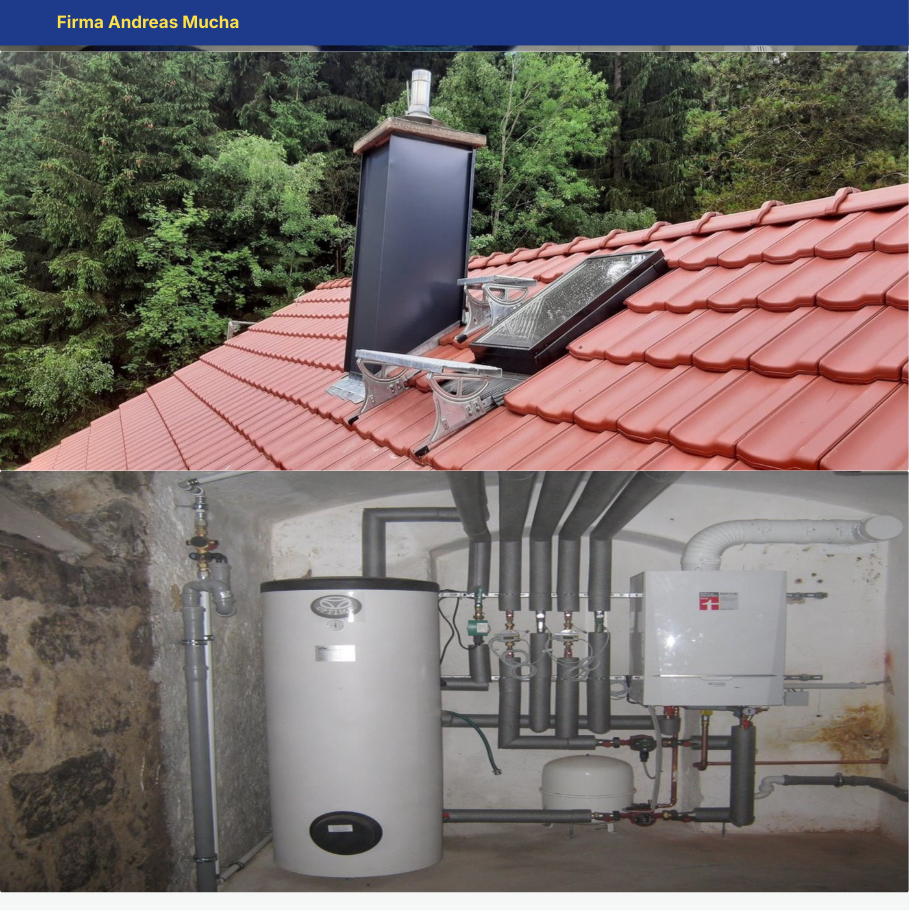
Repository: LorenMucha/firma-andreas-mucha
Page: /
An editor plug-in stored every save of this project. The page is shown before and after the next save, followed by the edit.
The browser window is 1280 px wide. The pictures show the whole page, at 71% of full size.
The project was rebuilt for these pictures with package versions that can differ from the ones it lists, and the page was loaded fresh each time. The framework's server and built-in components were replaced by stand-ins that run in the browser. Also part of the build but not shown: next.config.mjs.

Above is the page before, as saved 2024-04-15 17:02:10.

### src/app/layout.tsx
import type { Metadata } from "next";
import { Inter } from "next/font/google";
import "./globals.css";

const inter = Inter({ subsets: ["latin"] });

export const metadata: Metadata = {
  title: "Firma Andreas Mucha",
  description: "Generated by create next app",
};

export default function RootLayout({
  children,
}: Readonly<{
  children: React.ReactNode;
}>) {
  return (
    <html lang="de" suppressHydrationWarning={true}>
      <body className={inter.className}>{children}</body>
    </html>
  );
}

### src/app/page.tsx
"use client";
import Intro from "./components/Intro";
import Navbar from "./components/Navbar";

export default function Home() {
  return (
    <main className="flex min-h-screen flex-col items-center justify-between">
      <Navbar />
      <Intro />
    </main>)
}

### src/app/globals.css
@tailwind base;
@tailwind components;
@tailwind utilities;

@import '@coreui/coreui/dist/css/coreui.min.css';

:root {
  --foreground-rgb: 0, 0, 0;
  --background-start-rgb: 214, 219, 220;
  --background-end-rgb: 255, 255, 255;
}

@media (prefers-color-scheme: dark) {
  :root {
    --foreground-rgb: 255, 255, 255;
    --background-start-rgb: 0, 0, 0;
    --background-end-rgb: 0, 0, 0;
  }
}

body {
  color: rgb(var(--foreground-rgb));
  background: linear-gradient(to bottom,
      transparent,
      rgb(var(--background-end-rgb))) rgb(var(--background-start-rgb));
}

@layer utilities {
  .text-balance {
    text-wrap: balance;
  }
}

### src/app/components/Intro.tsx
import { CCarousel, CCarouselItem, CImage } from "@coreui/react"

const Leistungen = [
    { image: "/images/bad.jpg", title: "Bad" },
    { image: "/images/dach.jpg", title: "Dach" },
    { image: "/images/heizung.JPG", title: "Heizung" }
]

const Intro = (): React.JSX.Element =>
    <div className="w-screen h-screen flex flex-col justify-center items-center bg-white pt-10">
        <CCarousel controls indicators>
            {Leistungen.map((leistung, index) => (
                <CCarouselItem key={index}>
                    <CImage align="center" className="object-cover" fluid rounded src={leistung.image} alt="slide 1" />
                </CCarouselItem>
            ))}
        </CCarousel>
    </div>

export default Intro

### src/app/components/Navbar.tsx
const Navbar = (): React.JSX.Element =>
    <nav className="shadow-lg fixed w-screen top-0 z-10 px-3 bg-blue-900">
        <div className="max-w-6xl mx-auto">
            <div className="flex justify-between">
                <div className="inline-flex justify-center md:p-4 mb-1 mt-1 md:mt-0 md:mb-0">
                    <span className="font-bold text-2xl text-yellow-300">Firma Andreas Mucha</span>
                </div>
            </div>
        </div>
    </nav>

export default Navbar

Loaded but not shown: tailwind.config.ts (common file)

After the next save:
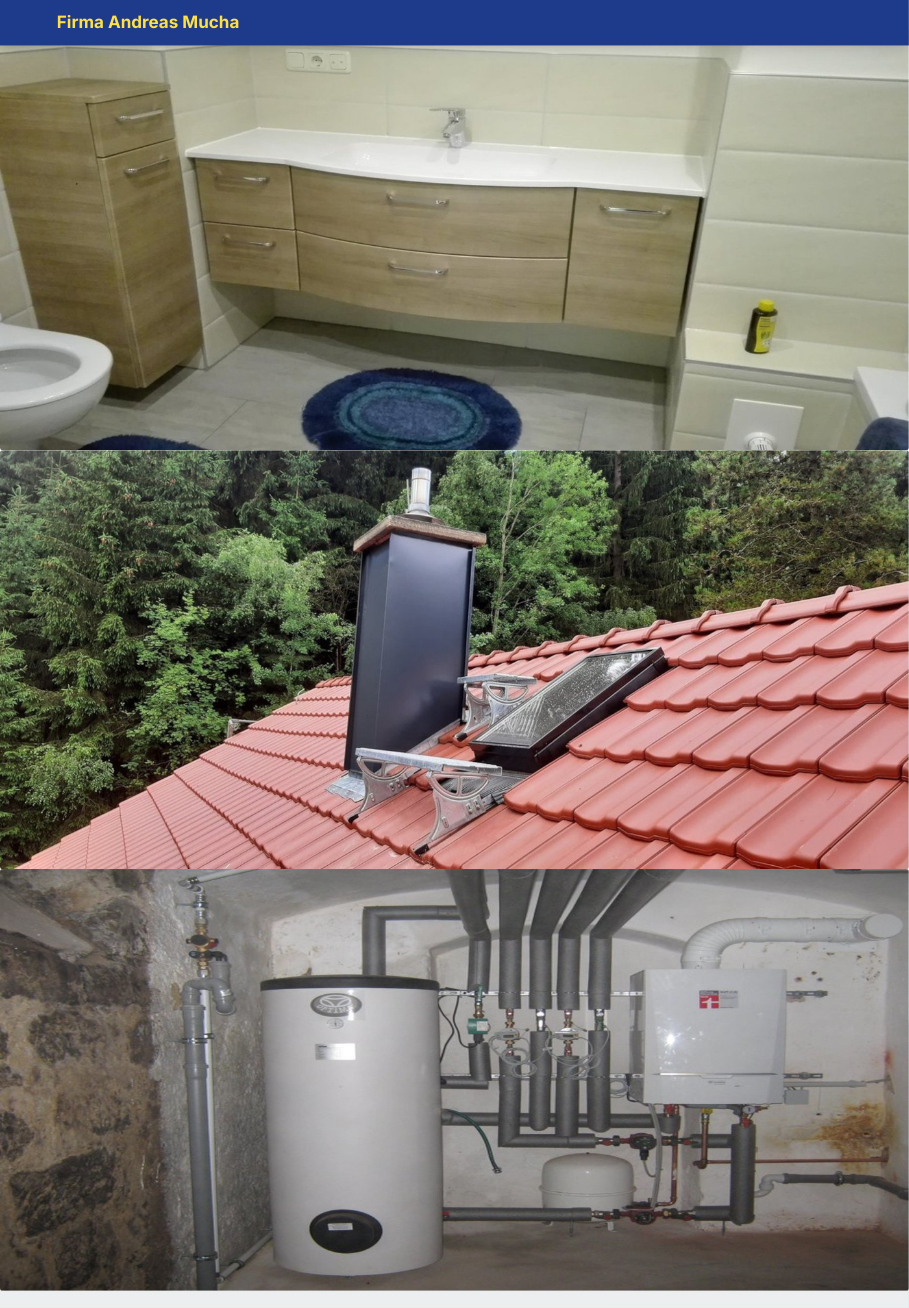
Saved 26 s later.
--- a/src/app/components/Intro.tsx
+++ b/src/app/components/Intro.tsx
@@ -7,7 +7,7 @@
 ]
 
 const Intro = (): React.JSX.Element =>
-    <div className="w-screen h-screen flex flex-col justify-center items-center bg-white pt-10">
+    <div className="w-screen h-screen bg-white pt-10">
         <CCarousel controls indicators>
             {Leistungen.map((leistung, index) => (
                 <CCarouselItem key={index}>

After the save that followed:
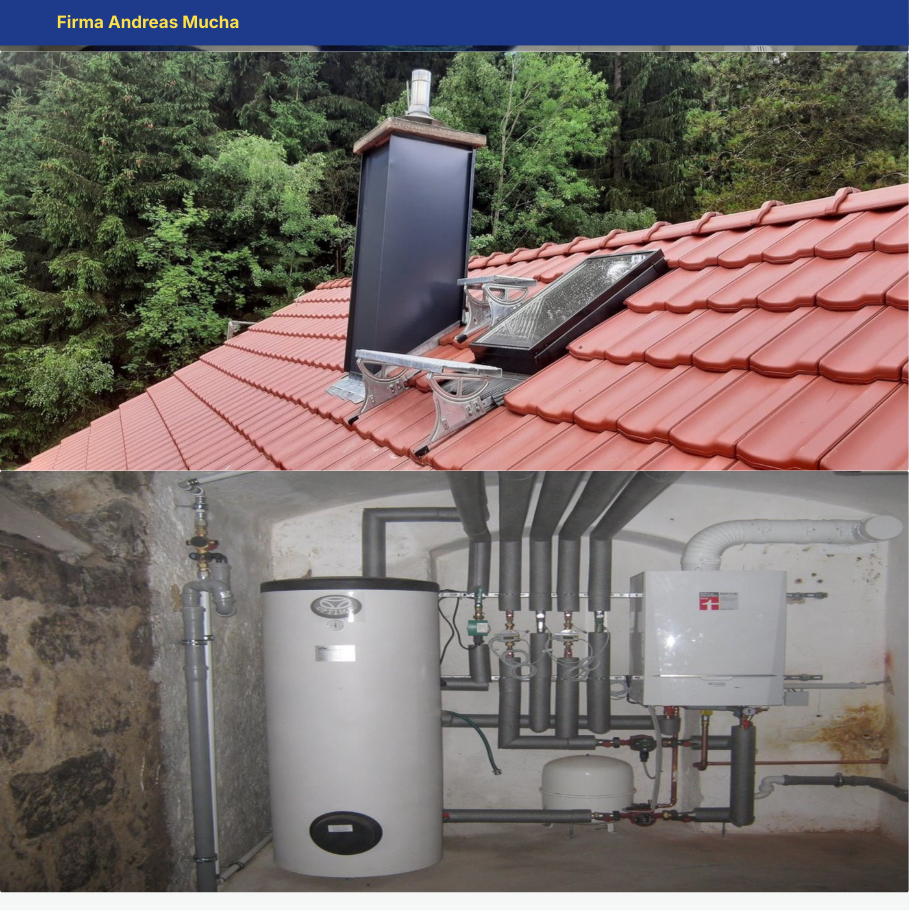
Saved 4 s later.
--- a/src/app/components/Intro.tsx
+++ b/src/app/components/Intro.tsx
@@ -7,7 +7,7 @@
 ]
 
 const Intro = (): React.JSX.Element =>
-    <div className="w-screen h-screen bg-white pt-10">
+    <div className="w-screen h-screen flex flex-col justify-center items-center bg-white pt-10">
         <CCarousel controls indicators>
             {Leistungen.map((leistung, index) => (
                 <CCarouselItem key={index}>
